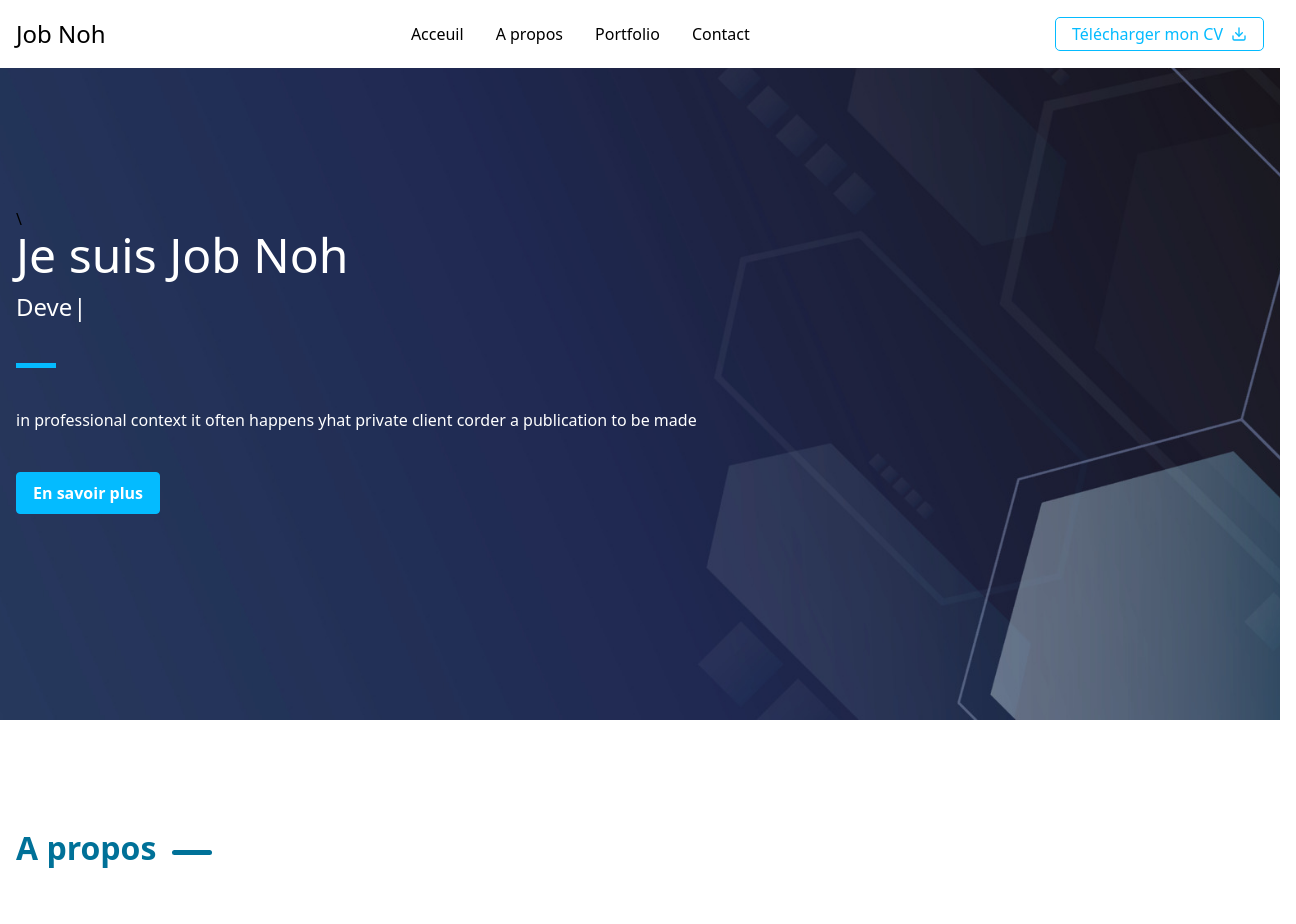
Repository: anoy1010/Nextportfolio
Page: /
These files come from the project's save history. The page is drawn as it stood at one moment and after the next save; the edit follows.
The browser window is 1280 px wide. The page is 1296 px wide, so the pictures cover 1296 px, including what lies to the right of the window. The pictures show the part of the page from y = 0 to 924 px (the page is 4082 px tall).
Backgrounds fixed to the window are drawn as part of the page. The project was rebuilt for these pictures with package versions that can differ from the ones it lists, and the page was loaded fresh each time. The framework's server and built-in components were replaced by stand-ins that run in the browser. Also part of the build but not shown: next.config.js, styles/Home.module.css.

Above is the page before, as saved 2023-03-07 15:44:29.

### pages/index.js
import Head from 'next/head'
import Image from 'next/image'
import { Inter } from '@next/font/google'
import styles from '../styles/Home.module.css'
import Navbar from '../components/Navbar'
import Hero from '../components/Hero'
import About from '../components/About'
import WhatIDo from '../components/WhatIDo'
import Skills from '../components/Skills'
import Works from '../components/Works'
const inter = Inter({ subsets: ['latin'] })

export default function Home() {
  return (
    <>
      <Head>
        <title>Portfolio | Noh Job</title>
        <meta name="description" content="Generated by create next app" />
        <meta name="viewport" content="width=device-width, initial-scale=1" />
        <link rel="icon" href="/favicon.ico" />
      </Head>

      <header>
        < Navbar />
      </header>

      <main>
        <Hero />
        <About />
        <WhatIDo />
        <Skills />
        <Works />
      </main>

    </>
  )
}

### styles/globals.css
@tailwind base;
@tailwind components;
@tailwind utilities;

@layer components {
  .btn{
    @apply bg-[#04bbff] text-white py-2 px-4 rounded inline-block mt-10 font-bold border border-[#04bbff] hover:bg-transparent hover:text-[#04bbff] transition duration-200
  }
}

### components/Navbar.js
import Link from 'next/link'
import React from 'react'
import {FiDownload} from 'react-icons/fi'
import {RiMenu5Line} from 'react-icons/ri'

const Navbar = () => {
  return (
    <div className='bg-white fixed top-0 w-[100%] z-10 '>
        <div className='container mx-auto flex justify-between items-center py-4 px-4'>
            <div className='text-[24px]'>Job Noh</div>

            <div className='hidden md:flex gap-8 '>

                <Link href='/Acceuil' className='hover:text-[#04bbff]'>
                    Acceuil
                </Link>
                <Link href='/A propos' className='hover:text-[#04bbff]' >
                    A propos
                </Link>
                <Link href='/Portfolio' className='hover:text-[#04bbff]'>
                    Portfolio
                </Link>
                <Link href='/Contact' className='hover:text-[#04bbff]'>
                    Contact
                </Link>



            </div>

            <a href='#' className='hidden  md:flex border border-[#04bbff] px-4 py-1 text-[#04bbff] rounded-[5px] items-center gap-2 hover:bg-[#04bbff] hover:text-white transition duration-200 '>
                Télécharger mon CV
                <FiDownload/>
                </a>

            <div className='md:hidden text-[24px] '>
                <RiMenu5Line/>
            </div>
        </div>
    </div>
  )
}

export default Navbar

### components/Hero.js
import React from 'react'

import Typewriter, { TypewriterClass } from "typewriter-effect"
import Button from '../components/Button'

const Hero = () => {
  return (
    <div className='bg-[url("/bg3.jpg")] h-screen bg-cover bg-center bg-fixed flex items-center'>
        <div className='container mx-auto px-4'>\
            <div className='max-x-[450px] text-white flex flex-col gap-[40px]'>
                <div>
                    <h1 className='text-5xl'>
                        Je suis Job Noh
                    </h1>
                    <h4 className=' text-2xl mt-3'>
                        <Typewriter
                            options = {{
                                strings: [
                                    "Developpeur Front-end",
                                    "Developpeur Back-end",
                                    "Analyste de donnée",
                                    "Chef de projet",
                                    "Graphic designer",
                                    "Developpeur mobile"
                                ],
                                changeDelay:3,
                                changeDeleteSpeed:2,
                                autoStart:true,
                                loop:true,
                            }}
                        />
                    </h4>
                </div>

                <div className='bg-[#04bbff] h-[5px] w-[40px] '>
                </div>

                <div>
                    <p>
                    in professional context it often happens yhat private client
                    corder a publication to be made
                    </p>
                    <Button link="#" text="En savoir plus" />
                </div>

            </div>

        </div>
    </div>
  )
}

export default Hero

### components/About.js
import React from 'react'
import Heading from './Heading'
import Button from './Button'


import {AiOutlineGift} from 'react-icons/ai'
import {TfiBook} from 'react-icons/tfi'
import {SlGlobe} from 'react-icons/sl'
import {CiLocationOn} from 'react-icons/ci'
import {GiLevelEndFlag} from 'react-icons/gi'

const About = () => {
  return (
    <section className='container mx-auto py-10 px-4'>

        <Heading title="A propos"/>

        <div className='grid grid-cols-1 md:grid-cols-2 gap-[60px]'>

            <div>
                <img className='w-[500px] h-[600px]' src="/d1.png" alt="" />
            </div>
            <div>
                <div className='flex items-center justify-between w-[450px]'>
                    <div className='flex flex-col gap-6'>

                        <div className='flex gap-4 items-center font-medium '>
                            <AiOutlineGift className='text-[#04bbff] text-[26px]' />
                            Date d'anniversaire :
                        </div>
                        <div className='flex gap-4 items-center font-medium '>
                            <TfiBook className='text-[#04bbff] text-[26px]' />
                            Etude :
                        </div>
                        <div className='flex gap-4 items-center font-medium '>
                            <GiLevelEndFlag className='text-[#04bbff] text-[26px]' />
                            Niveau :
                        </div>
                        <div className='flex gap-4 items-center font-medium '>
                            <CiLocationOn className='text-[#04bbff] text-[26px]' />
                            localisation :
                        </div>
                        <div className='flex gap-4 items-center font-medium '>
                            <SlGlobe className='text-[#04bbff] text-[26px]' />
                            Site :
                        </div>

                    </div>



                    <div className='flex flex-col gap-6 text-[#051c24]-600'>
                        <div>10/10/****</div>
                        <div>Université Virtuelle de Côte d'Ivoire</div>
                        <div>Master I</div>
                        <div>Abidjan/Bouaké</div>
                        <div>Www.monsite.com</div>


                    </div>

                </div>

                <div className='max-w-[800px]'>
                    <h2 className='font-bold mt-16 mb-10'>
                        Je suis Job Noh et Developpeur d'Application et e-Services.
                    </h2>
                    <p className='text-[#007198]'>
                         All of the examples in Tailwind UI rely on the default Tailwind CSS configuration, but some rely on additional first-party plugins like @tailwindcss/forms, @tailwindcss/typography, and @tailwindcss/aspect-ratio.

                        When an example requires any plugins or configuration changes, it will be noted in a comment at the top of the example.

                        If you're new to Tailwind CSS, you'll want to read the Tailwind CSS documentation as well to get the most out of Tailwind UI.

                    </p>
                    <Button link="#" text="Embauchez-moi"/>
                </div>
            </div>
        </div>

    </section>
  )
}

export default About

### components/WhatIDo.js
import React from 'react'
import Heading from './Heading'
import {RiLightbulbFlashFill} from 'react-icons/ri'
import {AiFillCode} from 'react-icons/ai'
import {IoIosSchool} from'react-icons/io'
import {SiAdobeillustrator,SiAdobexd} from 'react-icons/si'
import {GiHiveMind} from 'react-icons/gi'

const WhatIDo = () => {
  return (
    <section className='container mx-auto py-10 px-4'>
        <Heading title="Qu'est ce que je fais ?"/>
        <div className='grid grid-cols-1  md:grid-cols-3 gap-6'>
            <div className='Shadow-lgf flex flex-col gap-4 px-8 py-10 bg-[#0594d0] text-white items-center'>
                <RiLightbulbFlashFill className=' text-[40px]   ' />
                <h2 className='font-bold text-[20px]'>Lorem ipsum</h2>
                <p>
                    All of the examples in Tailwind UI rely on the default Tailwind CSS configuration, but some rely on additional first-party plugins like @tailwindcss/forms, @tailwindcss/typography, and @tailwindcss/aspect-ratio.

                    When an example requires any plugins or configuration changes, it will be noted in a comment at the top of the example.

                    If you're new to Tailwind CSS, you'll want to read the Tailwind CSS documentation as well to get the most out of Tailwind UI.
                </p>

            </div>
            <div className='Shadow-lgf flex flex-col gap-4 px-8 py-10 bg-[#0594d0] text-white items-center'>
                <IoIosSchool className=' text-[40px]   ' />
                <h2 className='font-bold text-[20px]'>Lorem ipsum</h2>
                <p>
                    All of the examples in Tailwind UI rely on the default Tailwind CSS configuration, but some rely on additional first-party plugins like @tailwindcss/forms, @tailwindcss/typography, and @tailwindcss/aspect-ratio.

                    When an example requires any plugins or configuration changes, it will be noted in a comment at the top of the example.

                    If you're new to Tailwind CSS, you'll want to read the Tailwind CSS documentation as well to get the most out of Tailwind UI.
                </p>

            </div>
            <div className='Shadow-lgf flex flex-col gap-4 px-8 py-10 bg-[#0594d0] text-white items-center'>
                <AiFillCode className=' text-[40px]   ' />
                <h2 className='font-bold text-[20px]'>Lorem ipsum</h2>
                <p>
                    All of the examples in Tailwind UI rely on the default Tailwind CSS configuration, but some rely on additional first-party plugins like @tailwindcss/forms, @tailwindcss/typography, and @tailwindcss/aspect-ratio.

                    When an example requires any plugins or configuration changes, it will be noted in a comment at the top of the example.

                    If you're new to Tailwind CSS, you'll want to read the Tailwind CSS documentation as well to get the most out of Tailwind UI.
                </p>

            </div>

            <div className='Shadow-lg flex flex-col gap-4 px-8 py-10 bg-[#0594d0] text-white items-center'>
                <SiAdobeillustrator className=' text-[40px]   ' />
                <h2 className='font-bold text-[20px]'>Lorem ipsum</h2>
                <p>
                    All of the examples in Tailwind UI rely on the default Tailwind CSS configuration, but some rely on additional first-party plugins like @tailwindcss/forms, @tailwindcss/typography, and @tailwindcss/aspect-ratio.

                    When an example requires any plugins or configuration changes, it will be noted in a comment at the top of the example.

                    If you're new to Tailwind CSS, you'll want to read the Tailwind CSS documentation as well to get the most out of Tailwind UI.
                </p>

            </div>

            <div className='Shadow-lgf flex flex-col gap-4 px-8 py-10 bg-[#0594d0] text-white items-center'>
                <SiAdobexd className=' text-[40px]   ' />
                <h2 className='font-bold text-[20px]'>Lorem ipsum</h2>
                <p>
                    All of the examples in Tailwind UI rely on the default Tailwind CSS configuration, but some rely on additional first-party plugins like @tailwindcss/forms, @tailwindcss/typography, and @tailwindcss/aspect-ratio.

                    When an example requires any plugins or configuration changes, it will be noted in a comment at the top of the example.

                    If you're new to Tailwind CSS, you'll want to read the Tailwind CSS documentation as well to get the most out of Tailwind UI.
                </p>

            </div>
            <div className='Shadow-lgf flex flex-col gap-4 px-8 py-10 bg-[#0594d0] text-white items-center'>
                <GiHiveMind className=' text-[40px]   ' />
                <h2 className='font-bold text-[20px]'>Lorem ipsum</h2>
                <p>
                    All of the examples in Tailwind UI rely on the default Tailwind CSS configuration, but some rely on additional first-party plugins like @tailwindcss/forms, @tailwindcss/typography, and @tailwindcss/aspect-ratio.

                    When an example requires any plugins or configuration changes, it will be noted in a comment at the top of the example.

                    If you're new to Tailwind CSS, you'll want to read the Tailwind CSS documentation as well to get the most out of Tailwind UI.
                </p>

            </div>
        </div>

    </section>
  )
}

export default WhatIDo

### components/Skills.js
import React from 'react'
import Heading from './Heading'


const Skills = () => {
  return (
    <section className='container mx-auto py-10 px-4'>
        <Heading title="Skills" />
        <p className='text-[#003c57] mt-10 mb-10'>
        Lorem Ipsum is simply dummy text of the printing and typesetting industry. Lorem Ipsum has been the industry's standard dummy text eveLorem Ipsum has been the industry's standard dummy text eveLorem Ipsum has been the industry's standard dummy text eveLorem Ipsum has been the industry's standard dummy text eveLorem Ipsum has been the industry's standard dummy text eveLorem Ipsum has been the industry's standard dummy text ever since the 1500s, when an unknown printer took a galley of type and scrambled it to make a type specimen book. It has survived not only five centuries, but also the leap into electronic typesetting, remaining essentially unchanged. It was popularised in the 1960s with the release of Letraset sheets containing
        </p>

        <div className='grid   px-10 py-4 grid-cols-2 md:grid-cols-3 gap-6'>
            <div>
                <p>Reactjs</p>
                <div className='relative bg-[#003c57] h-[4px] mt-2'>
                    <div className='bg-[#04bbff] absolute h-[4px] w-[90%]'></div>
                </div>
            </div>
            <div>
                <p>Html & Css</p>
                <div className='relative bg-[#003c57] h-[4px] mt-2'>
                    <div className='bg-[#04bbff] absolute h-[4px] w-[90%]'></div>
                </div>
            </div> <div>
                <p>Nextjs</p>
                <div className='relative bg-[#003c57] h-[4px] mt-2'>
                    <div className='bg-[#04bbff] absolute h-[4px] w-[50%]'></div>
                </div>
            </div> <div>
                <p>Js</p>
                <div className='relative bg-[#003c57] h-[4px] mt-2'>
                    <div className='bg-[#04bbff] absolute h-[4px] w-[60%]'></div>
                </div>
            </div> <div>
                <p>PHP</p>
                <div className='relative bg-[#003c57] h-[4px] mt-2'>
                    <div className='bg-[#04bbff] absolute h-[4px] w-[60%]'></div>
                </div>
            </div>
            <div>
                <p>Adobe AI</p>
                <div className='relative bg-[#003c57] h-[4px] mt-2'>
                    <div className='bg-[#04bbff] absolute h-[4px] w-[90%]'></div>
                </div>
            </div>
            <div>
                <p>Adobe XD</p>
                <div className='relative bg-[#003c57] h-[4px] mt-2'>
                    <div className='bg-[#04bbff] absolute h-[4px] w-[70%]'></div>
                </div>
            </div>
            <div>
                <p>Mindjet project</p>
                <div className='relative bg-[#003c57] h-[4px] mt-2'>
                    <div className='bg-[#04bbff] absolute h-[4px] w-[40%]'></div>
                </div>
            </div>
            <div>
                <p>Flutter</p>
                <div className='relative bg-[#003c57] h-[4px] mt-2'>
                    <div className='bg-[#04bbff] absolute h-[4px] w-[70%]'></div>
                </div>
            </div>
            <div>
                <p>React Native</p>
                <div className='relative bg-[#003c57] h-[4px] mt-2'>
                    <div className='bg-[#04bbff] absolute h-[4px] w-[80%]'></div>
                </div>
            </div>

        </div>

    </section>
  )
}

export default Skills

### components/Works.js
import React from 'react'
import Heading from './Heading'


const Works = () => {
  return (
    <section className='container mx-auto py-10 px-4' >
        <Heading title="Travaux de création"/>
        <div className=' grid grid-cols-4 gap-4' >
            <div className='row-span-2 relative-group'>
                <img  src="/d1.jpg"  alt="" />
                <div className=' bg-[#000000bd] absolute w-[100%] h-[100%] top-0 opacity-0 transition duration-500 group-hover:opacity-100 grid place-item-center text-[#04bbff]'>
                    titre de projet
                </div>

            </div>

        </div>
    </section>
  )
}

export default Works

### components/Button.js
import React from 'react'

const Button = ({text, link}) => {
  return (
    <a href={link}className='btn'>{text}</a>
  )
}

export default Button

### components/Heading.js
import React from 'react'

const Heading = ({title}) => {
  return (
    <div className='text-[#007198] text-[32px] font-bold flex items-center gap-4 py-16'>
        {title}
        <div className='bg-[#007198] h-[5px] w-[40px] translate-y-1 rounded'></div>
    </div>
  )
}

export default Heading

Loaded but not shown: pages/_app.js (common file); pages/_document.js (common file); tailwind.config.js (common file)

After the next save:
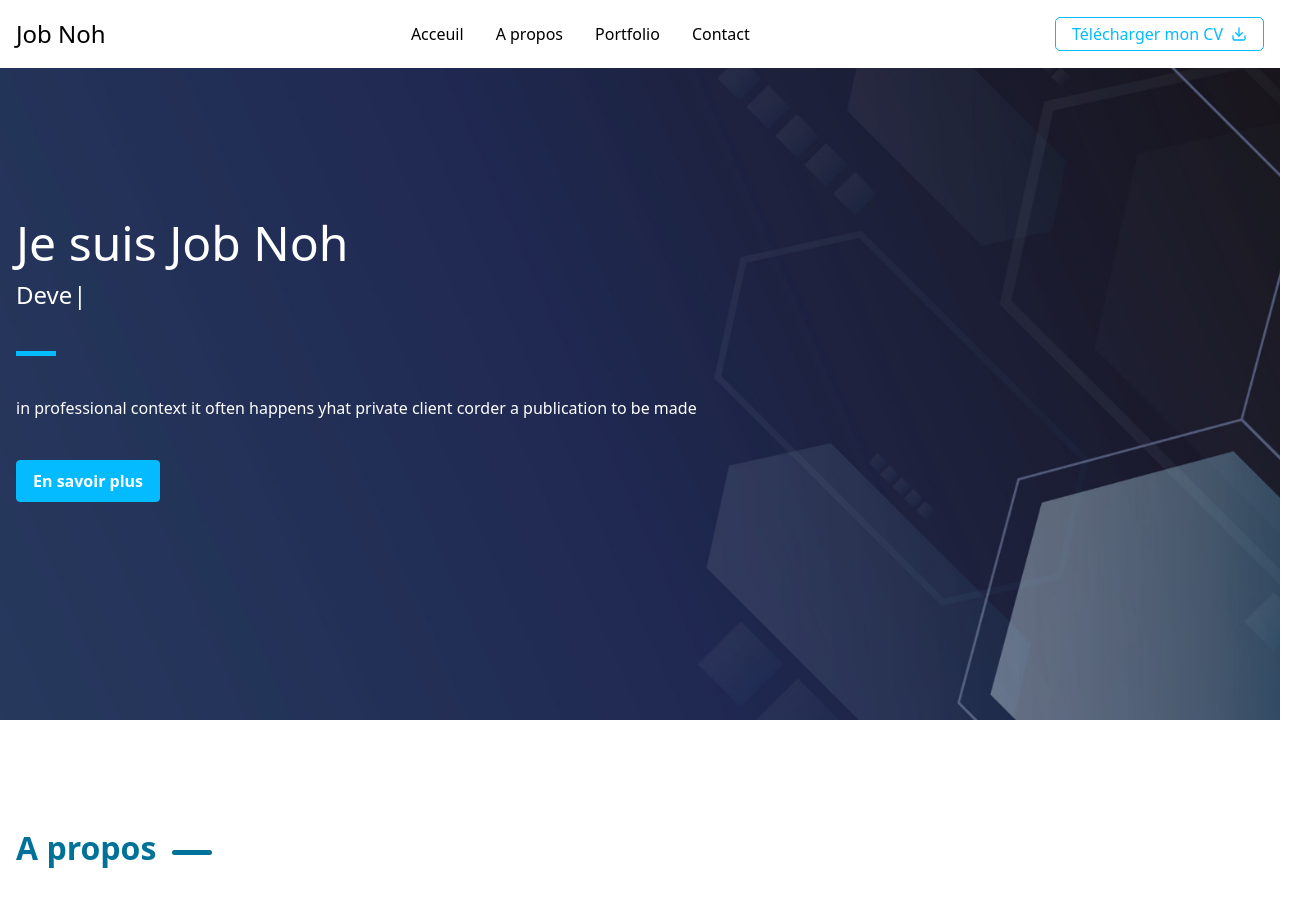
Saved 20 s later.
--- a/components/Hero.js
+++ b/components/Hero.js
@@ -6,7 +6,7 @@ import Button from '../components/Button'
 const Hero = () => {
   return (
     <div className='bg-[url("/bg3.jpg")] h-screen bg-cover bg-center bg-fixed flex items-center'>
-        <div className='container mx-auto px-4'>\
+        <div className='container mx-auto px-4'>
             <div className='max-x-[450px] text-white flex flex-col gap-[40px]'>
                 <div>
                     <h1 className='text-5xl'>
